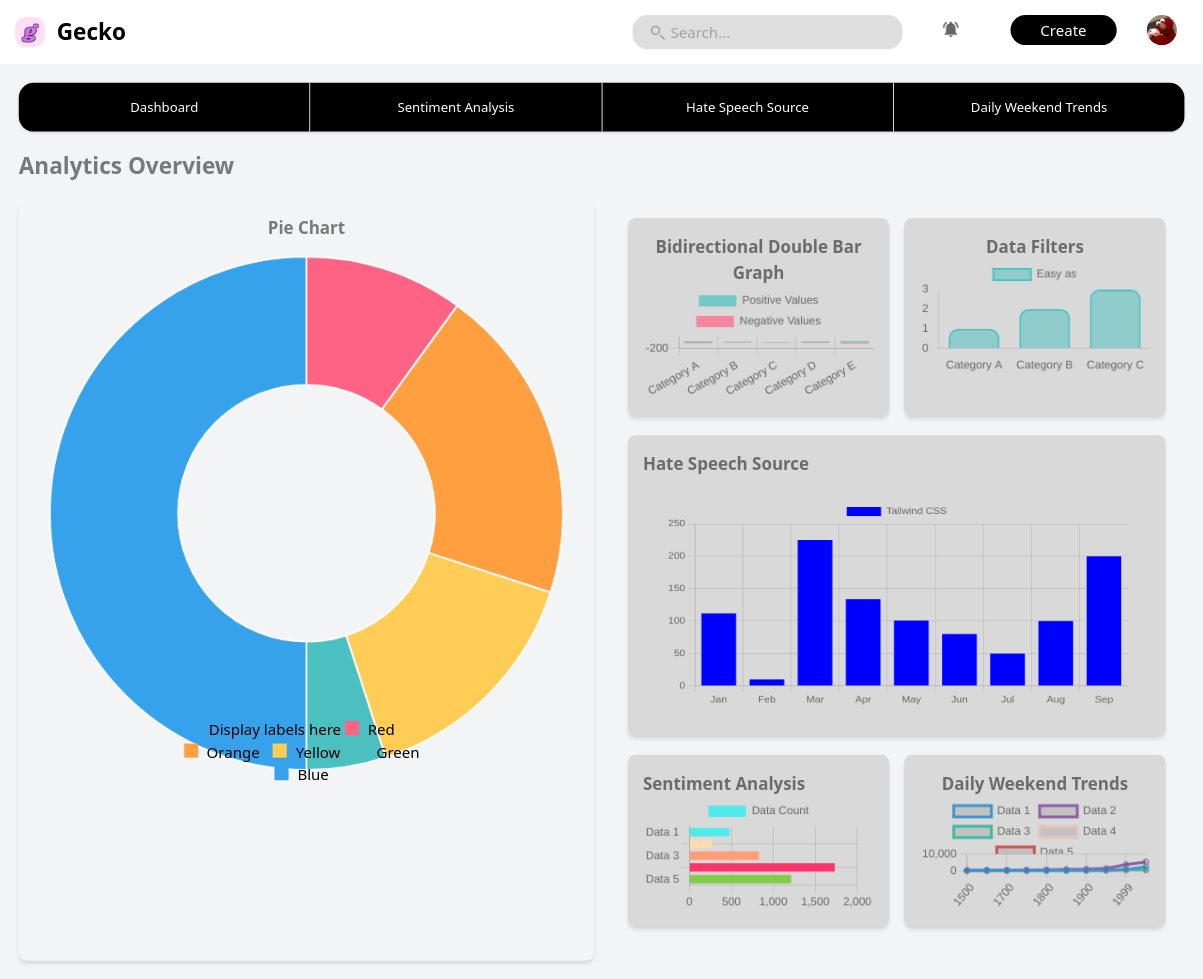
Repository: theamgri/thesis-website-nextjs
Page: website.html
An editor plug-in stored every save of this project. The page is shown before and after the next save, followed by the edit.
The browser window is 1280 px wide. The pictures show the whole page, at 94% of full size.
Some icons come from a web library that is not loaded, so they are not drawn.

Above is the page before, as saved 2023-10-07 06:44:55.

### website.html
<!DOCTYPE html>
<html lang="en">
<head>
    <meta charset="UTF-8">
    <meta name="viewport" content="width=device-width, initial-scale=1.0">
    <title>Gecko</title>
    <link rel="icon" type="image/x-icon" href="/images/icon.png">
    <link href="https://cdn.jsdelivr.net/npm/tailwindcss@2.2.19/dist/tailwind.min.css" rel="stylesheet">
    <script src="https://cdn.jsdelivr.net/npm/chart.js"></script>
    <script src="https://kit.fontawesome.com/yourcode.js" crossorigin="anonymous"></script>


</head>
<body class="bg-gray-100">

<nav class="bg-white drop-shadow-2xl border-gray-200 dark:bg-gray-900">
    <div class="flex flex-wrap items-center justify-between mx-auto p-4">
      <a href="." class="flex items-center">
          <img src="images/icon.png" class="h-8 mr-3 rounded-xl" alt="Logo" />
          <span class="self-center text-2xl font-semibold whitespace-nowrap dark:text-white">Gecko</span>
      </a>
      <button data-collapse-toggle="navbar-default" type="button" class="inline-flex items-center p-2 w-10 h-10 justify-center text-sm text-gray-500 rounded-lg md:hidden hover:bg-gray-100 focus:outline-none focus:ring-2 focus:ring-gray-200 dark:text-gray-400 dark:hover:bg-gray-700 dark:focus:ring-gray-600" aria-controls="navbar-default" aria-expanded="false">
          <span class="sr-only">Open main menu</span>
          <svg class="w-5 h-5" aria-hidden="true" xmlns="http://www.w3.org/2000/svg" fill="none" viewBox="0 0 17 14">
              <path stroke="currentColor" stroke-linecap="round" stroke-linejoin="round" stroke-width="2" d="M1 1h15M1 7h15M1 13h15"/>
          </svg>
      </button>
      <div class="hidden w-full md:block md:w-auto drop-shadow-2xl" id="navbar-default">
        <ul class="font-medium flex flex-col p-4 md:p-0 mt-4 border border-gray-100 rounded-lg bg-gray-50 md:flex-row md:space-x-8 md:mt-0 md:border-0 md:bg-white dark:bg-gray-800 md:dark:bg-gray-900 dark:border-gray-700">
            <li>
                <div class="relative">
                    <input
                        type="text"
                        placeholder="Search..."
                        class="block w-full py-2 pl-10 pr-4 leading-5 rounded-2xl shadow-sm focus:ring focus:ring-blue-200 border-gray-300" style="background-color: #DEDEDE;"
                    />
                    <div class="absolute inset-y-0 left-0 pl-4 flex items-center pointer-events-none">
                        <svg
                            class="w-5 h-5 text-gray-400"
                            fill="none"
                            stroke="currentColor"
                            viewBox="0 0 24 24"
                            xmlns="http://www.w3.org/2000/svg"
                        >
                            <path
                                stroke-linecap="round"
                                stroke-linejoin="round"
                                stroke-width="2"
                                d="M21 21l-4.35-4.35"
                            />
                            <path
                                stroke-linecap="round"
                                stroke-linejoin="round"
                                stroke-width="2"
                                d="M15 10a5 5 0 11-10 0 5 5 0 0110 0z"
                            />
                        </svg>
                    </div>
                </div>

              </li>
            <li>
              <img src="images/bellbutton.png" class="h-8 mr-3 rounded-xl" alt="Notification Bell" />
          </li>
          <li>
            <button class="bg-black drop-shadow-2xl hover:bg-blue-700 text-white font-normal py-1 px-8 rounded-full">
              Create
            </button>
          </li>
          <li>
            <a href="your-link-here">
                <img src="images/user.jpg" class="h-8 mr-3 rounded-full" alt="Notification Bell" />
            </a>
        </li>


        </ul>
      </div>
    </div>
  </nav>
<!-- //SIDE NAVBAR -->


<div class="sm:hidden">

  <select id="tabs" class="bg-gray-100 border border-gray-300 text-gray-900 text-sm rounded-lg focus:ring-blue-500 focus:border-blue-500 block w-full p-2.5 dark:bg-gray-700 dark:border-gray-600 dark:placeholder-gray-400 dark:text-white dark:focus:ring-blue-500 dark:focus:border-blue-500">
      <option></option>
      <option></option>
      <option></option>
      <option></option>
  </select>
</div>
<ul class="m-5 rounded-2xl drop-shadow-xl hidden text-sm font-medium text-center text-white divide-x divide-gray-200 rounded-lg shadow sm:flex bg-black dark:bg-gray-900 dark:divide-gray-700">
    <li class="w-full">
      <a href="#" class="inline-block w-full p-4 hover:text-gray-200 focus:ring-4 focus:ring-blue-300 focus:outline-none dark:hover:text-white dark:hover:bg-gray-700" aria-current="page">Dashboard</a>
    </li>
    <li class="w-full">
      <a href="#" class="inline-block w-full p-4 hover:text-gray-200 focus:ring-4 focus:ring-blue-300 focus:outline-none dark:hover:text-white dark:hover:bg-gray-700">Sentiment Analysis</a>
    </li>
    <li class="w-full">
      <a href="#" class="inline-block w-full p-4 hover:text-gray-200 focus:ring-4 focus:ring-blue-300 focus:outline-none dark:hover:text-white dark:hover:bg-gray-700">Hate Speech Source</a>
    </li>
    <li class="w-full">
      <a href="#" class="inline-block w-full p-4 rounded-r-lg hover:text-gray-200 focus:ring-4 focus:outline-none focus:ring-blue-300 dark:hover:text-white dark:hover:bg-gray-700">Daily Weekend Trends</a>
    </li>
  </ul>





  <div class="ml-5 text-left font-bold text-2xl opacity-50">
    <h1>Analytics Overview</h1>
  </div>

<!-- ... (previous code) ... -->

<div class="m-5 grid grid-cols-1 md:grid-cols-2 lg:grid-cols-2 xl:grid-cols-2 gap-4">
  <!-- Container for Pie Chart (2 rows) -->
  <div class="bg-white p-4 rounded-lg shadow-md" style="background-color: transparent; grid-row: span 2; overflow: visible;">
      <!-- Content goes here, such as the chart -->
      <h2 class="text-lg text-center opacity-50 font-semibold">Pie Chart</h2>
      <div style="position: relative;">
          <canvas class="p-4" id="donutChart" width="100" height="100"></canvas>
          <div style="position: absolute; bottom: 0; left: 50%; transform: translateX(-50%); text-align: center;">
              Display labels here
               <div style="display: inline-block; margin-right: 10px;">
                  <div style="background-color: rgb(255, 99, 132); width: 15px; height: 15px; display: inline-block; margin-right: 5px;"></div>
                  <span>Red</span>
              </div>
              <div style="display: inline-block; margin-right: 10px;">
                  <div style="background-color: rgb(255, 159, 64); width: 15px; height: 15px; display: inline-block; margin-right: 5px;"></div>
                  <span>Orange</span>
              </div>
              <div style="display: inline-block; margin-right: 10px;">
                  <div style="background-color: rgb(255, 205, 86); width: 15px; height: 15px; display: inline-block; margin-right: 5px;"></div>
                  <span>Yellow</span>
              </div>
              <div style="display: inline-block; margin-right: 10px;">
                  <div style="background-color: rgb(75, 192, 192); width: 15px; height: 15px; display: inline-block; margin-right: 5px;"></div>
                  <span>Green</span>
              </div>
              <div style="display: inline-block; margin-right: 10px;">
                  <div style="background-color: rgb(54, 162, 235); width: 15px; height: 15px; display: inline-block; margin-right: 5px;"></div>
                  <span>Blue</span>
              </div>
          </div>
      </div>

       <!-- Optionally, you can add a label or title for the container -->
      <script>
        // Ensure that the DOM is fully loaded before initializing the chart
        document.addEventListener("DOMContentLoaded", function() {
            const donutData = {
                type: 'doughnut',
                data: {
                    datasets: [
                        {
                            data: [10, 20, 15, 5, 50],
                            backgroundColor: [
                                'rgb(255, 99, 132)',
                                'rgb(255, 159, 64)',
                                'rgb(255, 205, 86)',
                                'rgb(75, 192, 192)',
                                'rgb(54, 162, 235)',
                            ],
                        },
                    ],
                    labels: ['Red', 'Orange', 'Yellow', 'Green', 'Blue'],
                },
                options: {
                    plugins: {
                        legend: {
                            display: false, // Hide the legend
                        },
                        datalabels: {
                            formatter: (value) => {
                                if (value < 15) return '';
                                return value + '%';
                            },
                        },
                    },
                },
            };

            var donutChart = new Chart(
                document.getElementById("donutChart"),
                donutData
            );
        });
    </script>
   </div>


  <div class="container mx-auto mt-0">

    <div class="m-5 grid grid-cols-1 md:grid-cols-2 lg:grid-cols-2 xl:grid-cols-2 gap-4">
        <!-- Container 1 -->
        <div class="bg-white p-4 rounded-lg shadow-md" style="background-color: #D9D9D9;">
            <h2 class="text-lg text-center opacity-50 font-semibold">Bidirectional Double Bar Graph</h2>
            <canvas id="bidirectional-double-bar-graph"></canvas>
        </div>


            <script src="https://cdn.jsdelivr.net/npm/chart.js"></script>

            <script>
                // Data for the bidirectional double bar graph
                const label = ['Category A', 'Category B', 'Category C', 'Category D', 'Category E'];
                const dataset1 = [40, 25, 10, 35, 50];
                const dataset2 = [-30, -15, -20, -25, -40];

                const ctx = document.getElementById('bidirectional-double-bar-graph').getContext('2d');
                new Chart(ctx, {
                    type: 'bar',
                    data: {
                        labels: label,
                        datasets: [
                            {
                                label: 'Positive Values',
                                data: dataset1,
                                backgroundColor: 'rgba(75, 192, 192, 0.7)',
                            },
                            {
                                label: 'Negative Values',
                                data: dataset2,
                                backgroundColor: 'rgba(255, 99, 132, 0.7)',
                            },
                        ]
                    },
                    options: {
                        responsive: true,
                        scales: {
                            x: {
                                beginAtZero: true,
                                stacked: true,
                            },
                            y: {
                                beginAtZero: true,
                            },
                        },
                        plugins: {
                            legend: {
                                display: true,
                                position: 'top',
                            },
                        },
                    },
                });
            </script>



        <!-- Container 2 -->
    <div class="bg-white p-4 rounded-lg shadow-md" style="background-color: #D9D9D9;">
    <h2 class="text-lg text-center opacity-50 font-semibold">Data Filters</h2>
    <!-- Chart container -->
    <div id="chart-container" style="width: 100%; height: 100%;">
        <canvas id="vertical-bar-chart"></canvas>
    </div>

    <script src="https://cdn.jsdelivr.net/npm/chart.js"></script>

    <script>
        // Data and label variables
        const dataValues = [1, 2, 3];
        const dataLabels = ['Category A', 'Category B', 'Category C'];

        // Ensure that the DOM is fully loaded before creating the chart
        document.addEventListener("DOMContentLoaded", function() {
            const ctx = document.getElementById('vertical-bar-chart').getContext('2d');
            const chart = new Chart(ctx, {
                type: 'bar', // Use 'bar' type for vertical bar chart
                data: {
                    labels: dataLabels,
                    datasets: [{
                        label: 'Easy as',
                        data: dataValues,
                        backgroundColor: 'rgba(75, 192, 192, 0.5)',
                        borderColor: 'rgba(75, 192, 192, 1)',
                        borderWidth: 2,
                        borderRadius: 10, // Rounded corners for bars
                    }],
                },
                options: {
                    responsive: true,
                    scales: {
                        x: {
                            beginAtZero: true,
                            grid: {
                                display: false, // Hide x-axis gridlines
                            },
                        },
                        y: {
                            beginAtZero: true,
                            grid: {
                                display: false, // Hide y-axis gridlines
                            },
                        },
                    },
                },
            });
        });
    </script>
</div>





                </div>


    <div class="m-5 grid grid-cols-1 md:grid-cols-1 lg:grid-cols-1 xl:grid-cols-1 gap-4 mt-4">
      <!-- Container 3 -->
      <div class="bg-white p-4 rounded-lg shadow-md" style="background-color: #D9D9D9; height: 20rem;">
          <h2 class="text-lg opacity-50 font-semibold">Hate Speech Source</h2>


              <!-- Set max-height to ensure the chart fits within the container -->
              <canvas class="p-6" id="barChart" style="max-height: 100%;"></canvas>

      </div>
      <script src="https://cdnjs.cloudflare.com/ajax/libs/Chart.js/3.9.1/chart.min.js"
          integrity="sha512-ElRFoEQdI5Ht6kZvyzXhYG9NqjtkmlkfYk0wr6wHxU9JEHakS7UJZNeml5ALk+8IKlU6jDgMabC3vkumRokgJA=="
          crossorigin="anonymous" referrerpolicy="no-referrer"></script>
      <script>
          const labels = ['Jan', 'Feb', 'Mar', 'Apr', 'May', 'Jun', 'Jul', 'Aug', 'Sep'];
        const data = {
            labels: labels,
            datasets: [
                {
                    label: "Tailwind CSS",
                    backgroundColor: "blue",
                    borderColor: 'rgb(0, 0, 0)',
                    data: [112, 10, 225, 134, 101, 80, 50, 100, 200],
                    fill: false,
                },
            ],
        };

        const configChart = {
            type: "bar",
            data,
            options: {},
        };

        var chartLine = new Chart(
            document.getElementById("barChart"),
            configChart
        );
      </script>
  </div>


    <div class="m-5 grid grid-cols-1 md:grid-cols-2 lg:grid-cols-2 xl:grid-cols-2 gap-4 mt-4">
    <!-- Container 4 -->
    <div class="bg-white p-4 rounded-lg shadow-md" style="background-color: #D9D9D9;">
        <h2 class="text-lg tex-center opacity-50 font-semibold">Sentiment Analysis</h2>
        <div>
          <canvas id="horizontal-bar-chart"></canvas>
      </div>

      <script>
         new Chart(document.getElementById("horizontal-bar-chart"), {
            type: 'bar',
            data: {
                labels: ["Data 1", "Data 2", "Data 3", "Data 4", "Data 5"],
                datasets: [{
                    label: "Data Count",
                    backgroundColor: ["#51EAEA", "#FCDDB0",
                        "#FF9D76", "#FB3569", "#82CD47"
                    ],
                    data: [478, 267, 829, 1732, 1213]
                }]
            },
            options: {
                indexAxis: 'y',
                legend: {
                    display: false
                },
                title: {
                    display: true,
                    text: 'Chart JS Horizontal Bar Chart Example'
                }
            }
        });
      </script>

    </div>

    <!-- Container 5 -->
    <div class="bg-white p-4 rounded-lg shadow-md" style="background-color: #D9D9D9;">
        <h2 class="text-lg text-center opacity-50 font-semibold">Daily Weekend Trends</h2>


            <canvas id="line-chart" width="800" height="400"></canvas>

<script>
new Chart(document.getElementById("line-chart"), {
  type: 'line',
  data: {
    labels: [1500,1600,1700,1750,1800,1850,1900,1950,1999,2050],
    datasets: [{
        data: [86,114,106,106,107,111,133,221,783,2478],
        label: "Data 1",
        borderColor: "#3e95cd",
        fill: false
      }, {
        data: [282,350,411,502,635,809,947,1402,3700,5267],
        label: "Data 2",
        borderColor: "#8e5ea2",
        fill: false
      }, {
        data: [168,170,178,190,203,276,408,547,675,734],
        label: "Data 3",
        borderColor: "#3cba9f",
        fill: false
      }, {
        data: [40,20,10,16,24,38,74,167,508,784],
        label: "Data 4",
        borderColor: "#e8c3b9",
        fill: false
      }, {
        data: [6,3,2,2,7,26,82,172,312,433],
        label: "Data 5",
        borderColor: "#c45850",
        fill: false
      }
    ]
  },
  options: {
    title: {
      display: true,
      text: 'World population per region (in millions)'
    }
  }
});

</script>

    </div>

</div>


</body>
</html>

After the next save:
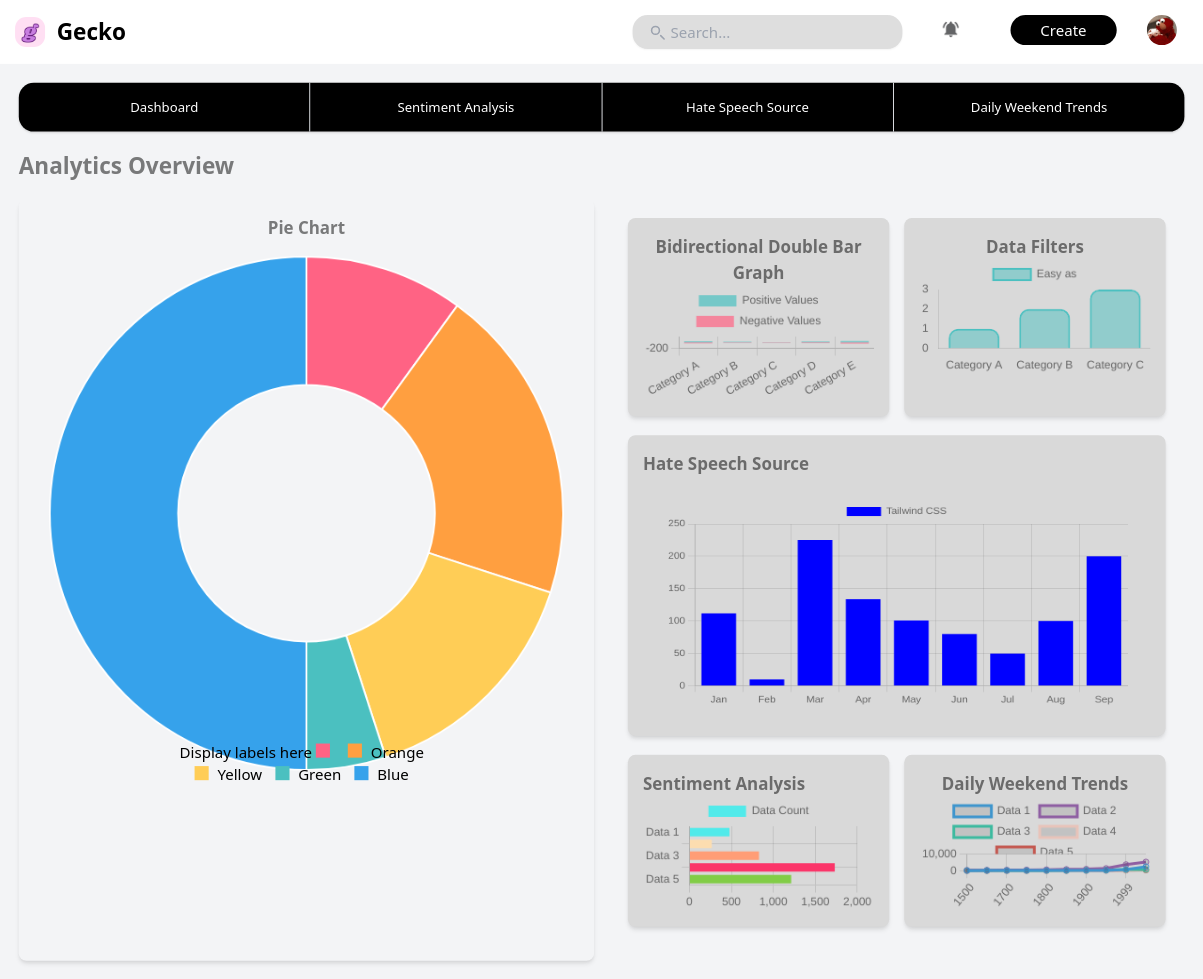
Saved 55 s later.
--- a/website.html
+++ b/website.html
@@ -126,7 +126,7 @@
               Display labels here
                <div style="display: inline-block; margin-right: 10px;">
                   <div style="background-color: rgb(255, 99, 132); width: 15px; height: 15px; display: inline-block; margin-right: 5px;"></div>
-                  <span>Red</span>
+                  <span><a href="#" class="fa fa-facebook"></a></span>
               </div>
               <div style="display: inline-block; margin-right: 10px;">
                   <div style="background-color: rgb(255, 159, 64); width: 15px; height: 15px; display: inline-block; margin-right: 5px;"></div>

After the save that followed:
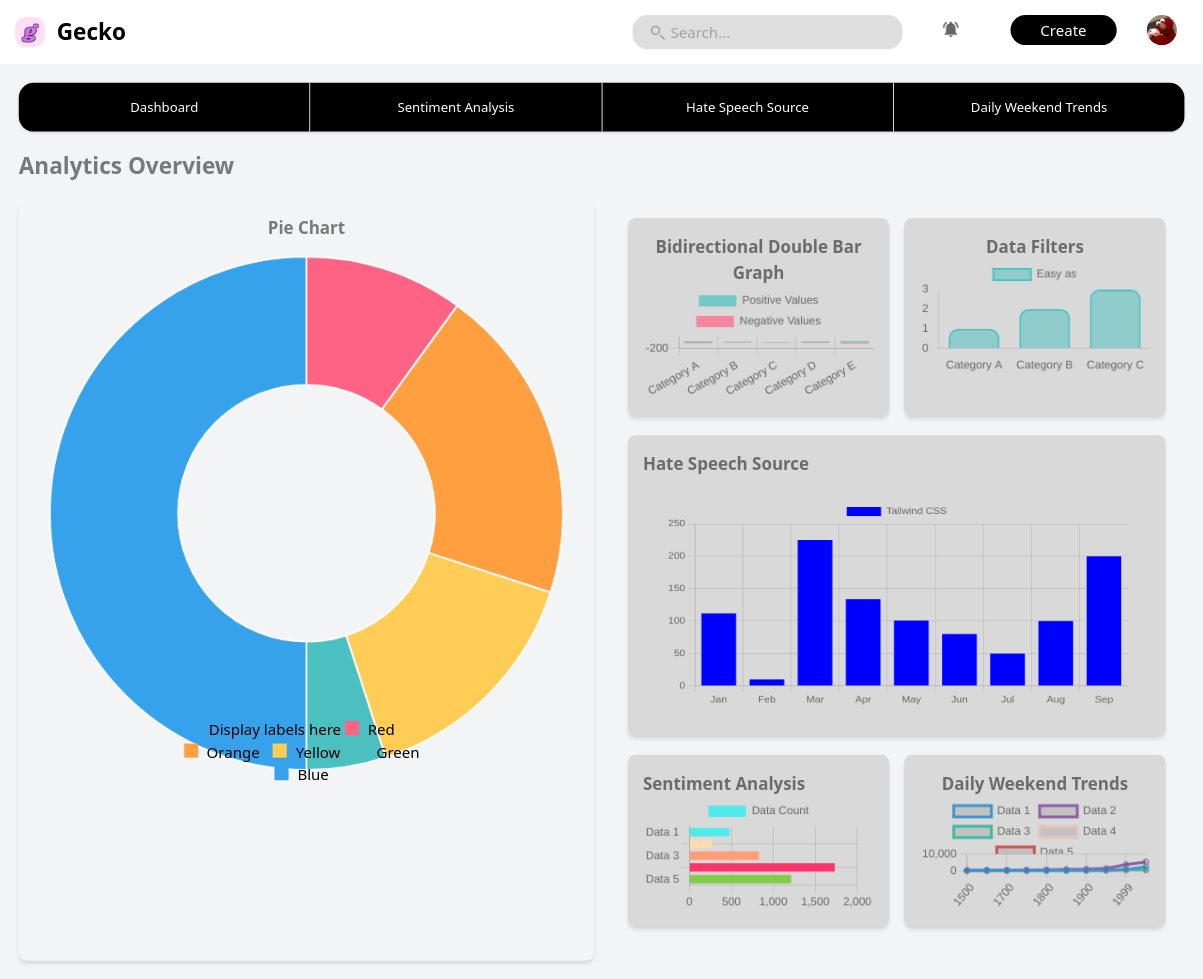
Saved 8 s later.
--- a/website.html
+++ b/website.html
@@ -126,7 +126,7 @@
               Display labels here
                <div style="display: inline-block; margin-right: 10px;">
                   <div style="background-color: rgb(255, 99, 132); width: 15px; height: 15px; display: inline-block; margin-right: 5px;"></div>
-                  <span><a href="#" class="fa fa-facebook"></a></span>
+                  <span>Red</span>
               </div>
               <div style="display: inline-block; margin-right: 10px;">
                   <div style="background-color: rgb(255, 159, 64); width: 15px; height: 15px; display: inline-block; margin-right: 5px;"></div>
